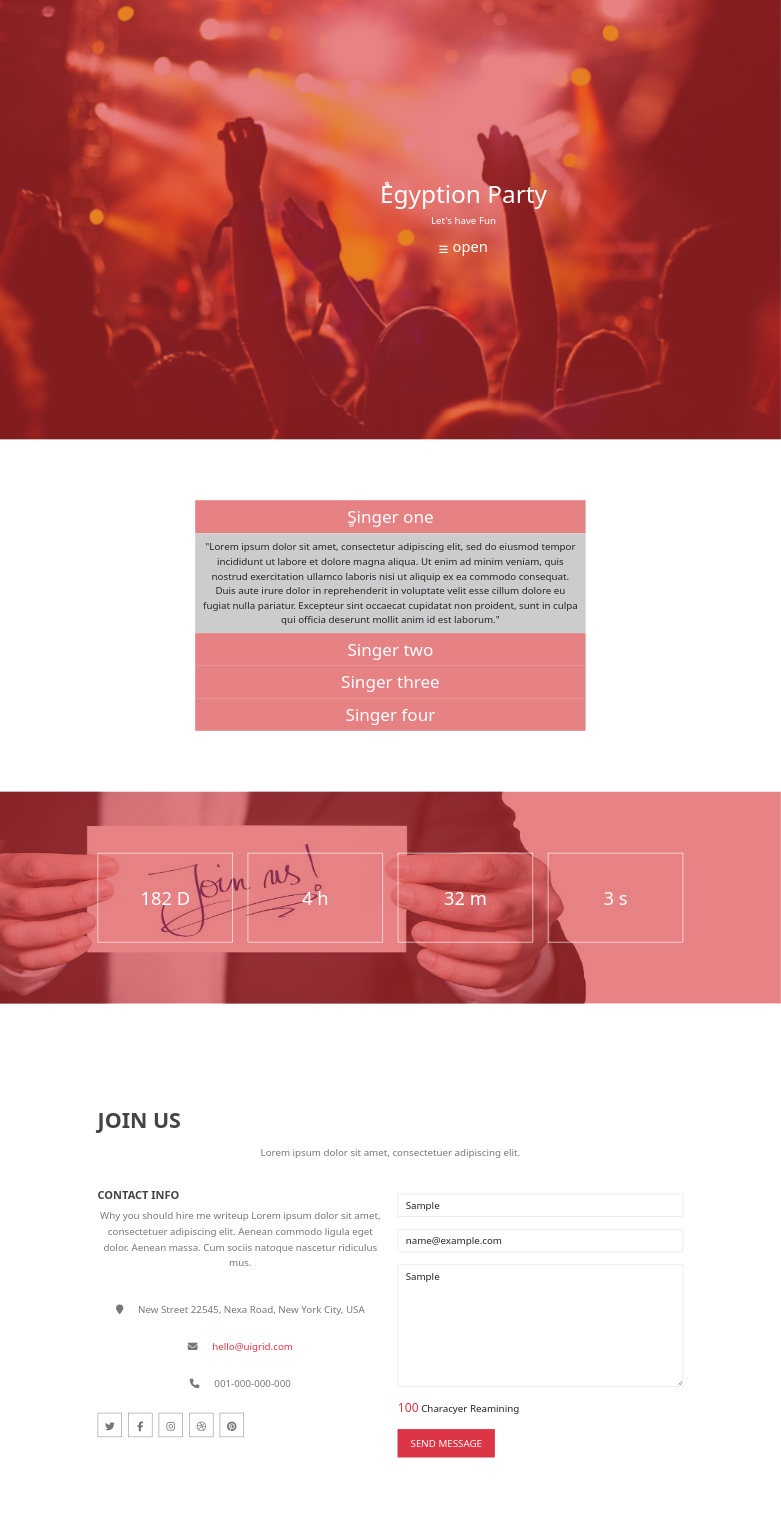
Repository: HagarYousry/jQuery
Page: index.html
The author's editor kept a copy of each file at every save. The page is drawn from the files as they stood at one save, then again after the next save.
The browser window is 1280 px wide. The pictures show the whole page, at 61% of full size.
Empty fields were first filled with sample values (such as "Sample", 5 or name@example.com).
After loading, the first visible `span.navIcon` was clicked once.

Above is the page before, as saved 2024-07-25 19:29:48.

### index.html
<!DOCTYPE html>
<html lang="en">

<head>
    <meta charset="UTF-8">
    <meta name="viewport" content="width=device-width, initial-scale=1.0">
    <title>Egyption party</title>
    <!-- web fonts  -->
    <link rel="stylesheet" href="css/all.min.css">
    <!-- bootstrap -->
    <link rel="stylesheet" href="css/bootstrap.min.css">
    <!-- main css -->
    <link rel="stylesheet" href="css/main.css">
</head>

<body>
    <div id="home">

            <div id="sideNav" class="bg-black p-5">
                    <a class="p-0 closeIcon">
                        <i class="fa-solid fa-xmark "></i>
                    </a>
                     <a class="sideNav-link mt-2" href="#home">Home</a>
                     <a class="sideNav-link" href="#Acordion">Duration</a>
                     <a class="sideNav-link" href="#contact">Contact</a>
                     <a class="sideNav-link" href="#count">Details</a>
            </div>

            <div class="home-title d-flex justify-content-center align-items-center flex-column vh-100 text-white">
                <h1>ُEgyption Party</h1>
                <p>Let's have Fun</p>
                <span class="navIcon d-flex align-items-center">
                    <i class=" fa-solid fa-bars"></i>
                    <h4 class="ms-2">open</h4>
                </span>
            </div>


    </div>










    <!-- ! start sideNav section -->
    <!-- <section id="sideNav">
        <div class="navAnchor bg-black">
            <ul>
                <li class="p-0 closeIcon">
                    <i class="fa-solid fa-xmark "></i>
                </li>
                 <li ><a class="sideNav-link" href="#home">Home</a></li>
                 <li ><a class="sideNav-link" href="#Acordion">Duration</a></li>
                 <li ><a class="sideNav-link" href="#contact">Contact</a></li>
                 <li ><a class="sideNav-link" href="#count">Details</a></li>
            </ul>
        </div>

        <div class="navIcon align-self-center bg-danger bg-opacity-50 m-1 text-white p-2">
            <div class="navIcon-content d-flex align-items-center">
                <i class="fa-solid fa-bars"></i>
                <h4 class="ms-2">open</h4>
            </div>
        </div>
    </section> -->
    <!--! end sideNav section -->

    <!--! start header section  -->
    <!-- <header id="home" class="d-flex justify-content-center align-items-center flex-column">
        <div class="home-content text-center text-white">
            <h1>ُEgyption Party</h1>
            <p>Let's have Fun</p>
        </div>
    </header> -->
    <!--! end header section  -->

    <!-- start Acordion section  -->
    <section id="Acordion" class="text-center">

        <div class="container-fluid w-50 ">
            <h3 class="toggle ">ٍSinger one</h3>
            <div class="inner first">"Lorem ipsum dolor sit amet, consectetur adipiscing elit, sed do eiusmod tempor
                incididunt ut labore et dolore magna aliqua. Ut enim ad minim veniam, quis nostrud exercitation ullamco
                laboris nisi ut aliquip ex ea commodo consequat. Duis aute irure dolor in reprehenderit in voluptate
                velit
                esse cillum dolore eu fugiat nulla pariatur. Excepteur sint occaecat cupidatat non proident, sunt in
                culpa
                qui officia deserunt mollit anim id est laborum."
            </div>


            <h3 class="toggle">Singer two</h3>
            <div class="inner">"Sed ut perspiciatis unde omnis iste natus error sit voluptatem accusantium doloremque
                laudantium, totam rem aperiam, eaque ipsa quae ab illo inventore veritatis et quasi architecto beatae
                vitae
                dicta sunt explicabo. Nemo enim ipsam voluptatem quia voluptas sit aspernatur aut odit aut fugit, sed
                quia
                consequuntur magni dolores eos qui ratione voluptatem sequi nesciunt. Neque porro quisquam est, qui
                dolorem
                ipsum quia dolor sit amet, consectetur, adipisci velit, sed quia non numquam eius modi tempora incidunt
                ut
                labore et dolore magnam aliquam quaerat voluptatem. Ut enim ad minima veniam, quis nostrum
                exercitationem
                ullam corporis suscipit laboriosam, nisi ut aliquid ex ea commodi consequatur? Quis autem vel eum iure
                reprehenderit qui in ea voluptate velit esse quam nihil molestiae consequatur, vel illum qui dolorem eum
                fugiat quo voluptas nulla pariatur?"
            </div>


            <h3 class="toggle">Singer three</h3>
            <div class="inner">"But I must explain to you how all this mistaken idea of denouncing pleasure and praising
                pain was born and I will give you a complete account of the system, and expound the actual teachings of
                the
                great explorer of the truth, the master-builder of human happiness. No one rejects, dislikes, or avoids
                pleasure itself, because it is pleasure, but because those who do not know how to pursue pleasure
                rationally
                encounter consequences that are extremely painful. Nor again is there anyone who loves or pursues or
                desires
                to obtain pain of itself, because it is pain, but because occasionally circumstances occur in which toil
                and
                pain can procure him some great pleasure. To take a trivial example, which of us ever undertakes
                laborious
                physical exercise, except to obtain some advantage from it? But who has any right to find fault with a
                man
                who chooses to enjoy a pleasure that has no annoying consequences, or one who avoids a pain that
                produces no
                resultant pleasure?"
            </div>


            <h3 class="toggle">Singer four</h3>
            <div class="inner">"At vero eos et accusamus et iusto odio dignissimos ducimus qui blanditiis praesentium
                voluptatum deleniti atque corrupti quos dolores et quas molestias excepturi sint occaecati cupiditate
                non
                provident, similique sunt in culpa qui officia deserunt mollitia animi, id est laborum et dolorum fuga.
                Et
                harum quidem rerum facilis est et expedita distinctio. Nam libero tempore, cum soluta nobis est eligendi
                optio cumque nihil impedit quo minus id quod maxime placeat facere possimus, omnis voluptas assumenda
                est,
                omnis dolor repellendus. Temporibus autem quibusdam et aut officiis debitis aut rerum necessitatibus
                saepe
                eveniet ut et voluptates repudiandae sint et molestiae non recusandae. Itaque earum rerum hic tenetur a
                sapiente delectus, ut aut reiciendis voluptatibus maiores alias consequatur aut perferendis doloribus
                asperiores repellat."

            </div>

        </div>
    </section>
    <!-- end Acordion section  -->

    <!-- start count section  -->
    <section id="count">
        <div class="container-fluid w-75 text-center text-white">
            <div class="row">
                <div class="col-md-3">
                    <div class="time">
                        <span class="days">00</span>
                    </div>
                </div>

                <div class="col-md-3">
                    <div class="time">
                        <span class="hours">00</span>
                    </div>
                </div>

                <div class="col-md-3">
                    <div class="time">
                        <span class="minutes">00</span>
                    </div>
                </div>

                <div class="col-md-3">
                    <div class="time">
                        <span class="seconds">00</span>
                    </div>
                </div>

            </div>
        </div>
    </section>
    <!-- end count section  -->

    <!-- start contact-us section  -->
    <section id="contact">
        <div class="container-fluid w-75">
            <div class="head">
                <h2 class="text-uppercase fw-bold">Join Us</h2>
                <p class="text-center">Lorem ipsum dolor sit amet, consectetuer adipiscing elit.</p>
            </div>
            <div class="row mt-5">
                <div class="col-md-6">
                    <div class="col-info">
                        <h3 class="text-uppercase">CONTACT INFO</h3>
                        <p class="text-center">Why you should hire me writeup Lorem ipsum dolor sit amet, consectetuer
                            adipiscing elit.
                            Aenean commodo ligula eget dolor. Aenean massa. Cum sociis natoque nascetur ridiculus mus.
                        </p>

                        <div class="icons text-center">
                            <p><i class="fa fa-map-marker"></i> New Street 22545, Nexa Road, New York City, USA</p>

                            <p class="text-danger"><i class="fa fa-envelope"></i> hello@uigrid.com</p>
                            <p><i class="fa fa-phone"></i> 001-000-000-000</p>
                        </div>

                        <div class="social d-flex align-items-center">

                            <i class="fab fa-twitter fa-fw"></i>
                            <i class="fab fa-facebook-f fa-fw"></i>
                            <i class="fab fa-instagram fa-fw"></i>
                            <i class="fab fa-dribbble fa-fw"></i>
                            <i class="fab fa-pinterest fa-fw"></i>

                        </div>
                    </div>
                </div>

                <div class="col-md-6">
                    <form>

                        <input class="form-control mt-2" type="text" placeholder="Enter Name">
                        <input class="form-control" type="email" placeholder="Enter Email">
                        <textarea class="form-control " placeholder="Enter Message"></textarea>
                        <span id="chars" class="text-danger">100</span> Characyer Reamining
                        <button class="btn btn-danger text-uppercase">Send Message</button>

                    </form>
                </div>
            </div>
        </div>
    </section>
    <!-- end contact-us section  -->


    <!-- jquery  -->
    <script src="js/jquery-3.7.1.min.js"></script>
    <!-- index js  -->
    <script src="js/index.js"></script>


</body>

</html>

### css/main.css
#home{
    height: 100vh;
    background-image: linear-gradient(rgba(214, 46, 51, 0.6), rgba(214, 46, 51, 0.6)),
        url(../imgs/events-heavenly-header.jpg);
    background-position: center;
    background-size: cover;
    background-repeat: no-repeat;
}

#sideNav {
    position: fixed;
    top: 0;
    bottom: 0;
    left: 0;
    display: flex;
    flex-direction: column;
    z-index: 9999;
}

#sideNav a{
    padding: 20px;
    text-decoration: none;
    font-size: 25px;
    color: #818181;
    display: block;
    color: white;
    transition: 0.3s;
}

.closeIcon {
    position: absolute;
    top: 0;
    right: 25px;
    font-size: 26px;
    margin-left: 50px;
    color: white;
    padding-bottom: 10px;
    transition: 0.3s;
    cursor: pointer;
}

#sideNav a:hover {
    color: rgba(214, 46, 51, 0.4);
}



/* #sideNav {
    position: fixed;
    top: 0;
    bottom: 0;
    left: 0;
    display: flex;
    z-index: 9999;
}

#sideNav .navAnchor {
    padding: 40px 0 0 0;
    position: relative;
}

#sideNav .navAnchor ul {
    padding: 0 20px 0 20px;
}

#sideNav .navAnchor ul li {
    padding: 25px;
    list-style: none;
    cursor: pointer;
}

#sideNav .navAnchor ul li:hover a {
    color: rgba(214, 46, 51, 0.4);
}

#sideNav .navAnchor ul li a {
    text-decoration: none;
    font-size: 25px;
    color: white;
    transition: 0.3s all;
}


.closeIcon {
    position: absolute;
    top: 0;
    right: 25px;
    font-size: 26px;
    margin-left: 50px;
    color: white;
}

.navIcon {
    border-radius: 20px 20px;
}

.navIcon i,
.navIcon h4 {
    font-size: 30px;
    cursor: pointer;
}

@media (max-width: 991.98px) {
    .navIcon {
        align-self: flex-start !important;
    }

    .navIcon .navIcon-content {
        flex-direction: column;
    }
}


header {
    height: 100vh;
    background-image: linear-gradient(rgba(214, 46, 51, 0.6), rgba(214, 46, 51, 0.6)),
        url(../imgs/events-heavenly-header.jpg);
    background-position: center;
    background-size: cover;
    background-repeat: no-repeat;
}

header h1 {
    font-size: 60px;
} */



/* start Acordion section  */
#Acordion {
    padding: 100px auto;
}

.toggle {
    background-color: rgba(214, 46, 51, 0.6);
    cursor: pointer;
    color: white;
    padding: 10px;
    margin: 0px;
}

.inner {
    background-color: rgb(204, 204, 204);
    display: none;
    padding: 10px;
}

#Acordion .first {
    display: block;
}

/* end Acordion section  */

/* start count section  */

#count {
    background-image: linear-gradient(rgba(214, 46, 51, 0.6), rgba(214, 46, 51, 0.6)), url(../imgs/invitation-2508607__340.jpg);
    background-repeat: no-repeat;
    background-position: center center;
    background-size: 100% 100%;
    position: relative;
}

.container-fluid {
    padding: 100px 0px;
}

.time {
    padding: 50px;
    border: 1px solid #FFF;
    font-weight: 500;
    font-size: 30px;
}

/* end count section  */

/* start contact-us section  */
#contact {
    margin-top: 70px;
}

#contact .head h2 {
    font-size: 35px;
    color: #444;
    margin-bottom: 20px;
}

#contact .head p {
    color: #777;
    font-weight: 300;
    font-size: 16px;
}

#contact .col-md-6 .col-info .icons {
    margin-top: 50px;
}

#contact .col-md-6 .col-info .icons p {
    margin-bottom: 35px;
}

#contact .col-md-6 .col-info h3 {
    color: #444;
    font-size: 18px;
    font-weight: 900;
}

#contact .col-md-6 .col-info p {
    font-size: 16px;
    line-height: 26px;
    color: #777;
}

#contact i {
    margin-right: 20px;
    color: #777;
}

#contact .col-md-6 .col-info .social i {
    margin-right: 10px;
    border: 1px solid #999;
    width: 40px;
    height: 40px;
    line-height: 42px;
    cursor: pointer;
    text-align: center;
    transition: 0.5s all;
}

#contact .col-md-6 .col-info .social i:hover {
    color: #fff;
    background-color: #D62E33;
    border: 1px solid #D62E33;
}

#contact .col-md-6 form input,
#contact .col-md-6 form textarea {
    margin-bottom: 20px;
    border-radius: 0;
}

#contact .col-md-6 form textarea {
    height: 200px;
    resize: vertical;
}

#contact .col-md-6 form button {
    padding: 10px 20px;
    border-radius: 0;
    margin-top: 20px;
    display: block;
}

#contact .col-md-6 form #chars {
    font-size: 20px;
}
/* end contact-us section  */

### js/index.js
/// <reference types="../@types/jquery"/>

// start sideNav section

const sideNavwidth = $('#sideNav').outerWidth(true);
console.log(sideNavwidth);

// console.log(navAnchorwidth);

//! first: Close sideNav
$('#sideNav')
    .animate({ left: -sideNavwidth }, 0);

let isOpen = false

//! second: on click "navIcon" ,toggle open & close sideNav
$('.navIcon')
    .on('click', function () {
        let status;
        if (isOpen) {
            status = -sideNavwidth
            $('.home-title').animate({ marginLeft: 0 }, 1000)
        } else {
            status = 0
            $('.home-title').animate({ marginLeft: sideNavwidth }, 1000)
        }
        isOpen = !isOpen;

        $(this).parent()
            .animate({ left: status }, 1000)

    })

//! closeIcon
$('.closeIcon')
    .on('click', function () {
        isOpen = !isOpen;
        $('#sideNav')
            .animate({ left: -sideNavwidth }, 1000);
        $('.home-content').animate({ marginLeft: 0 }, 1000)
    })


//! scroll to sections
$('.sideNav-link[href^="#"]')
    .on('click', function () {
        const sectionId = $(this).attr('href');
        // console.log(section);
        //! get section top
        const sectionTop = $(sectionId).offset().top;
        // console.log(top);
        $('html , body')
            .animate({ scrollTop: sectionTop }, 2000)
    })

// end sideNav section

// start Acordion section
//! slideToggle effect
$('#Acordion .toggle').on('click', function () {
    //! slide up all inner except the one i clicked on
    $('.inner').not($(this).next()).slideUp(500);
    //! slide toggle
    $(this).next().slideToggle(500);
});
// end Acordion section

//start count section
$(window).on('load', function () {
    countDownTime("24 january 2025 00:00:00");
})


function countDownTime(countTo) {

    //! get countTo date
    let futureDate = new Date(countTo);
    futureDate = (futureDate.getTime() / 1000);
    // console.log(futureDate);

    //! get current date
    let now = new Date();
    // console.log(now);
    now = (now.getTime() / 1000);

    //! get the difference between current date and countTo date by sec
    timeDifference = (futureDate - now);

    //?(24 * 60 * 60) ==> num. of sec in day ==> 86400
    let days = Math.floor(timeDifference / 86400);
    let hours = Math.floor((timeDifference - (days * 86400)) / 3600);
    let mins = Math.floor((timeDifference - (days * 86400) - (hours * 3600)) / 60);
    let secs = Math.floor((timeDifference - (days * 86400) - (hours * 3600) - (mins * 60)))


    $(".days").html(`${days} D`);
    $(".hours").html(`${hours} h`);
    $(".minutes").html(`${mins} m`);
    $('.seconds').html(`${secs} s`)

    //! Repeating the Countdown Every Second
    setInterval(function () {
        countDownTime(countTo);
    }, 1000);
}
//end count section

//start contact-us section
let maxLength = 100;
$('textarea').on('keyup', function () {
    //! val as getter ==> lenght
    let length = $(this).val().length;
    // console.log(length);
    let AmountLeft = maxLength - length;
    console.log(AmountLeft);
    if (AmountLeft <= 0) {
        $("#chars").text("your available characters finished");
    }
    else {
        $("#chars").text(AmountLeft);
    }
});
//end contact-us section

Loaded but not shown: css/all.min.css (library); css/bootstrap.min.css (library); js/jquery-3.7.1.min.js (library)

After the next save:
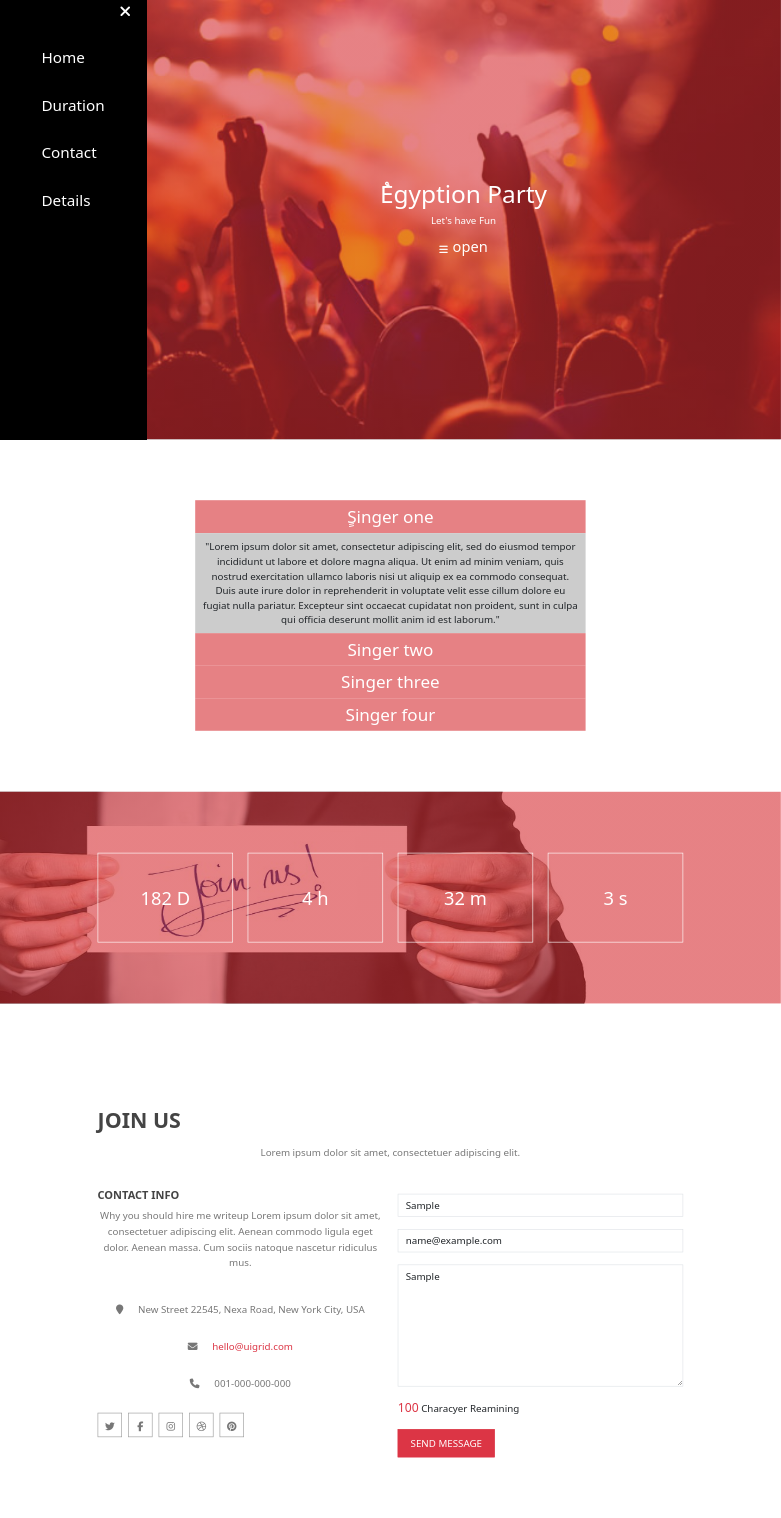
Saved 21 s later.
--- a/js/index.js
+++ b/js/index.js
@@ -26,7 +26,7 @@ $('.navIcon')
         }
         isOpen = !isOpen;
 
-        $(this).parent()
+        $('#sideNav')
             .animate({ left: status }, 1000)
 
     })
